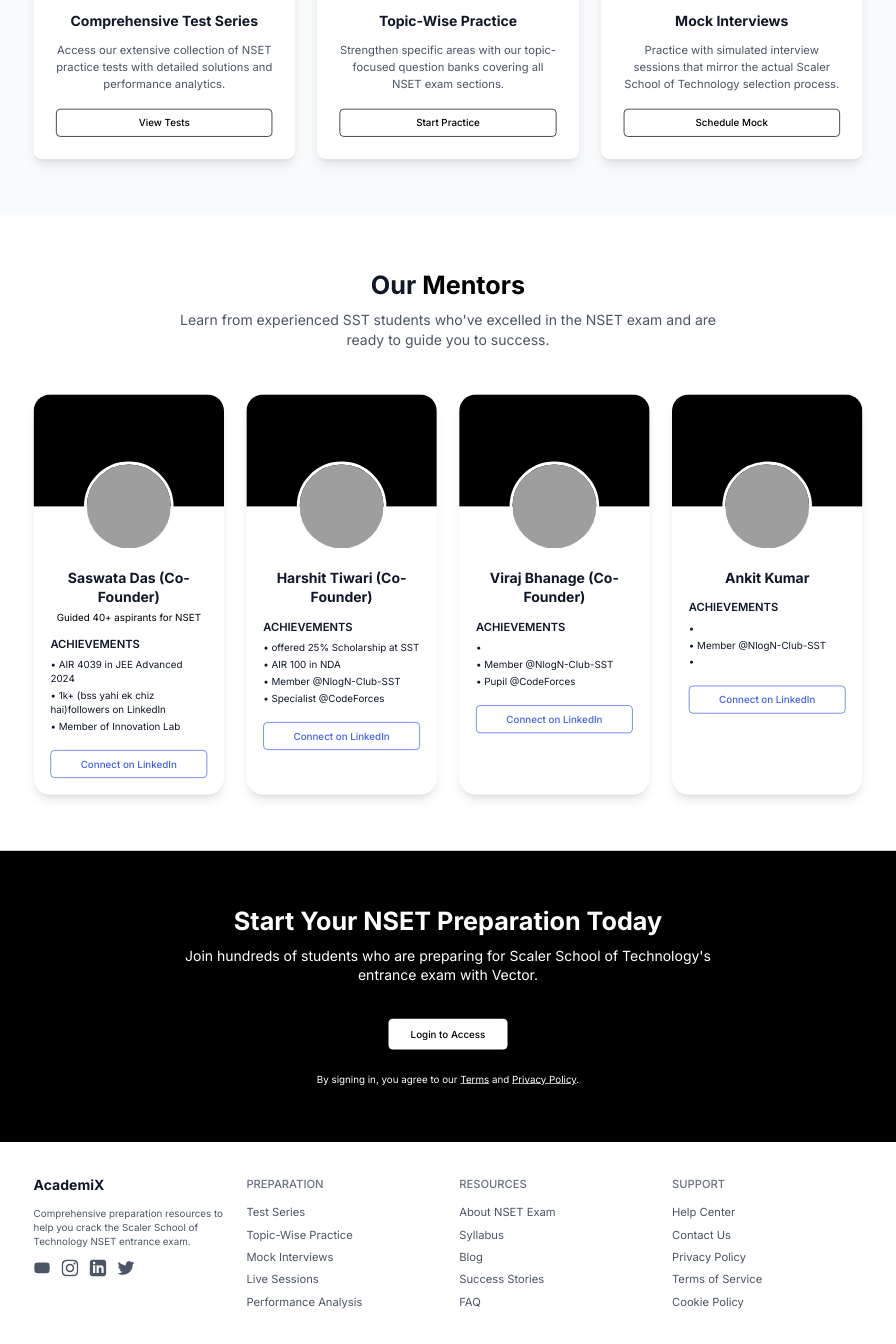
Repository: techSaswata/Nebula
Page: /
The author's editor kept a copy of each file at every save. The page is drawn from the files as they stood at one save, then again after the next save.
The browser window is 1280 px wide. The pictures show the part of the page from y = 938 to 2858 px (the page is 2858 px tall before and 2838 px after), at 70% of full size.
Pictures or frames that could not be fetched are drawn as grey boxes. The page's requests for data from a server got no answer. The project was rebuilt for these pictures with package versions that can differ from the ones it lists, and the page was loaded fresh each time. The framework's server and built-in components were replaced by stand-ins that run in the browser. No one was signed in, and anything a server would have sent is missing. Also part of the build but not shown: next.config.js, next.config.ts, src/components/ui/dropdown-menu.tsx.

Above is the page before, as saved 2025-03-25 19:07:36.

After the next save:
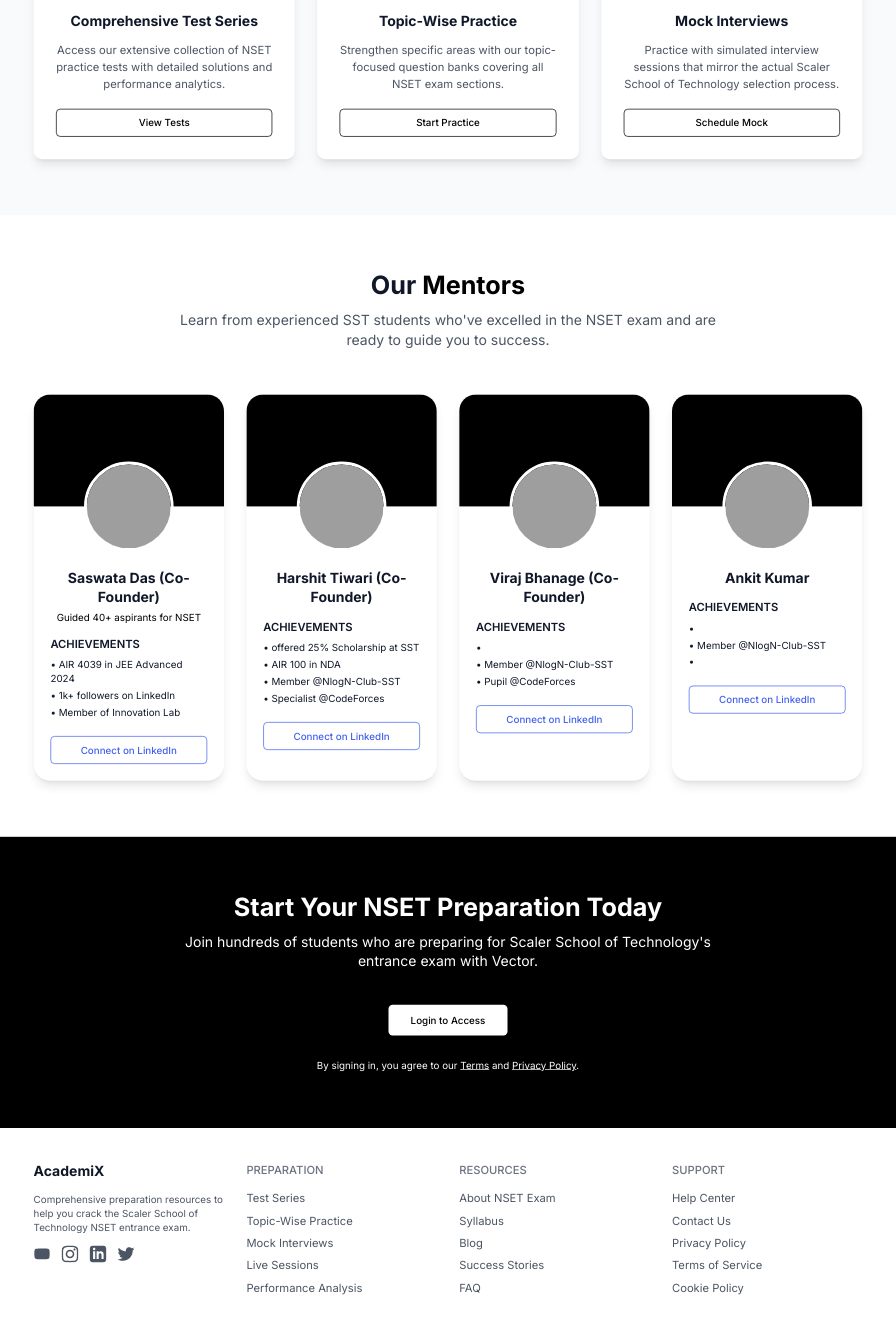
Saved 5 s later.
--- a/src/app/page.tsx
+++ b/src/app/page.tsx
@@ -138,7 +138,7 @@
                     <h4 className="font-semibold">ACHIEVEMENTS</h4>
                     <ul className="text-sm space-y-1">
                       <li>• AIR 4039 in JEE Advanced 2024</li>
-                      <li>• 1k+ (bss yahi ek chiz hai)followers on LinkedIn</li>
+                      <li>• 1k+ followers on LinkedIn</li>
                       <li>• Member of Innovation Lab</li>
                     </ul>
                   </div>
